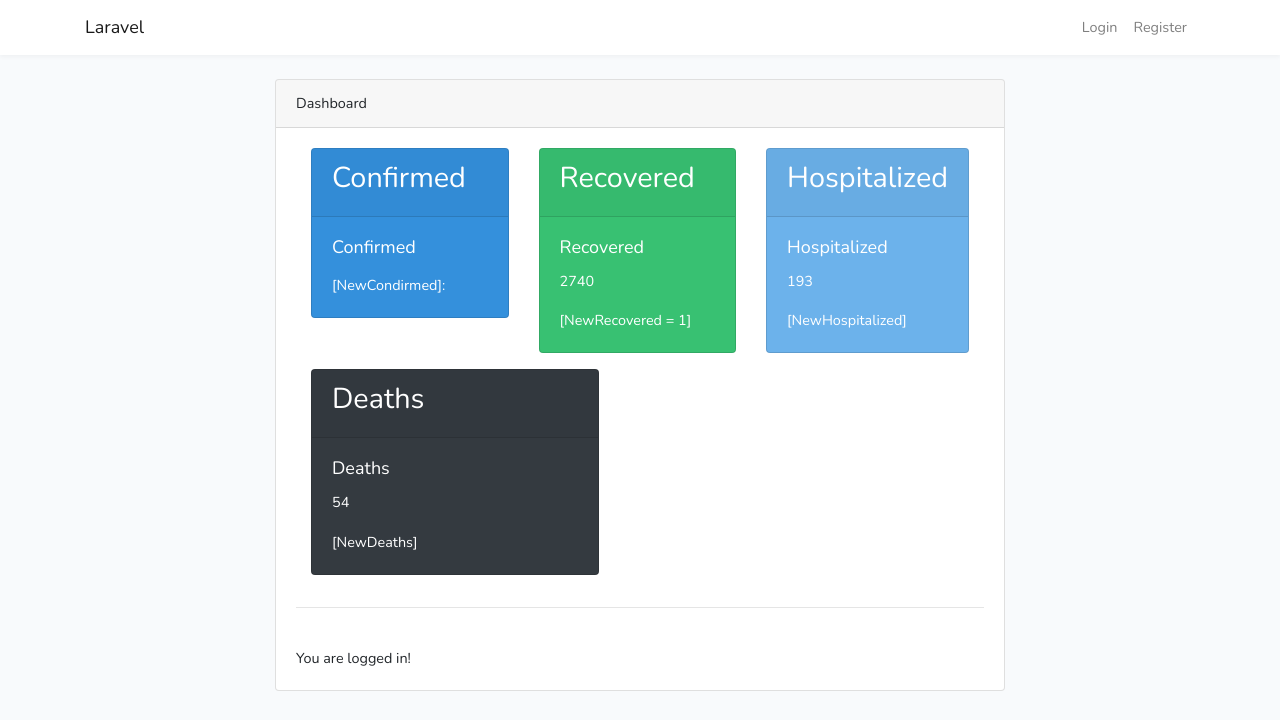
Repository: tlexDett/Covid19Ubon
Page: resources/views/home.blade.php
These files come from the project's save history. The page is drawn as it stood at one moment and after the next save; the edit follows.
The browser window is 1280 px wide. The pictures show the whole page.
The page is served by the project's Laravel application, run on PHP 8.4 with Laravel 8. Other server files are loaded and not shown. The template is opened directly, without the code that normally fills it, so the values that code supplies are empty.

Above is the page before, as saved 2020-05-06 15:59:28.

### Covid19Ubon/routes/web.php
<?php

/*
|--------------------------------------------------------------------------
| Web Routes
|--------------------------------------------------------------------------
|
| Here is where you can register web routes for your application. These
| routes are loaded by the RouteServiceProvider within a group which
| contains the "web" middleware group. Now create something great!
|
*/

Route::get('/', function () {
    return view('welcome');
});


Auth::routes();

// Route::get('/home', 'HomeController@index')->name('home');

Route::get('/home','ApiController@get_api');

// Route::get('/home', 'Admin.PostsController');

Route::resource('admin/posts', 'Admin\\PostsController');

### Covid19Ubon/app/Http/Controllers/Auth/LoginController.php
<?php

namespace App\Http\Controllers\Auth;

use App\Http\Controllers\Controller;
use Illuminate\Foundation\Auth\AuthenticatesUsers;

class LoginController extends Controller
{
    /*
    |--------------------------------------------------------------------------
    | Login Controller
    |--------------------------------------------------------------------------
    |
    | This controller handles authenticating users for the application and
    | redirecting them to your home screen. The controller uses a trait
    | to conveniently provide its functionality to your applications.
    |
    */

    use AuthenticatesUsers;

    /**
     * Where to redirect users after login.
     *
     * @var string
     */
    protected $redirectTo = '/admin/posts';

    /**
     * Create a new controller instance.
     *
     * @return void
     */
    public function __construct()
    {
        $this->middleware('guest')->except('logout');
    }
}

### Covid19Ubon/resources/views/home.blade.php
@extends('layouts.app')

@section('content')
<div class="container">
    <div class="row justify-content-center">
        <div class="col-md-8">
            <div class="card">
                <div class="card-header">Dashboard</div>

                <div class="card-body">
                    @if (session('status'))
                        <div class="alert alert-success" role="alert">
                            {{ session('status') }}
                        </div>
                    @endif

                <!-- --- -->
                <div class="container">
                <div class="row">
                    <div class="col-sm">
                        <div class="card text-white bg-primary  mb-3" style="max-width: 18rem;">
                        <div class="card-header"><h2>Confirmed</h2></div>
                        <div class="card-body">
                            <h5 class="card-title">Confirmed</h5>
                            <p class="card-text">
                            {{$json->Confirmed}}

                            </p>
                            <p class="card-text">[NewCondirmed]: {{$json->NewConfirmed}}</p>

                        </div>
                        </div>
                    </div>

                    <div class="col-sm">
                        <div class="card text-white bg-success mb-3" style="max-width: 18rem;">
                            <div class="card-header"><h2>Recovered</h2></div>
                            <div class="card-body">
                                <h5 class="card-title">Recovered</h5>
                                <p class="card-text">2740</p>
                                <p class="card-text">[NewRecovered = 1]</p>
                            </div>
                            </div>
                    </div>

                    <div class="col-sm">
                    <div class="card text-white bg-info mb-3" style="max-width: 18rem;">
                            <div class="card-header"><h2>Hospitalized</h2></div>
                            <div class="card-body">
                                <h5 class="card-title">Hospitalized</h5>
                                <p class="card-text">193</p>
                                <p class="card-text">[NewHospitalized]</p>
                            </div>
                            </div>
                    </div>

                    <div class="col-sm">
                    <div class="card text-white bg-dark mb-3" style="max-width: 18rem;">
                            <div class="card-header"><h2>Deaths</h2></div>
                            <div class="card-body">
                                <h5 class="card-title">Deaths</h5>
                                <p class="card-text">54</p>
                                <p class="card-text">[NewDeaths]</p>
                            </div>
                            </div>
                    </div>


                </div>
                </div>
                <!-- -------------card----------- -->
                <hr>


                <!-- --- -->






                  <br>

                  {{ $json->Recovered }}
                    You are logged in!
                </div>
            </div>
        </div>
    </div>
</div>
@endsection

Loaded but not shown: Covid19Ubon/app/Http/Controllers/Controller.php (common file); Covid19Ubon/resources/views/layouts/app.blade.php (common file); Covid19Ubon/public/js/app.js (library); Covid19Ubon/public/css/app.css (library)

After the next save:
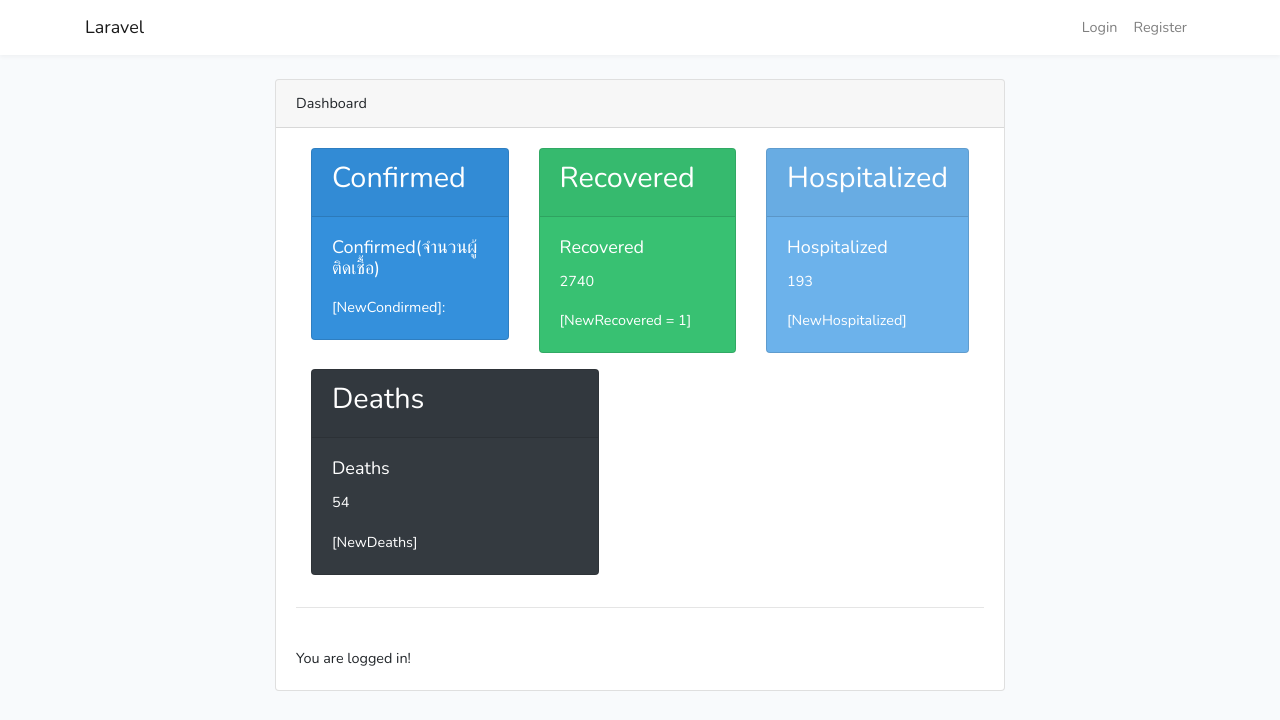
Saved 39 s later.
--- a/Covid19Ubon/resources/views/home.blade.php
+++ b/Covid19Ubon/resources/views/home.blade.php
@@ -21,7 +21,7 @@
                         <div class="card text-white bg-primary  mb-3" style="max-width: 18rem;">
                         <div class="card-header"><h2>Confirmed</h2></div>
                         <div class="card-body">
-                            <h5 class="card-title">Confirmed</h5>
+                            <h5 class="card-title">Confirmed(จำนวนผู้ติดเชื้อ)</h5>
                             <p class="card-text">
                             {{$json->Confirmed}}
 
